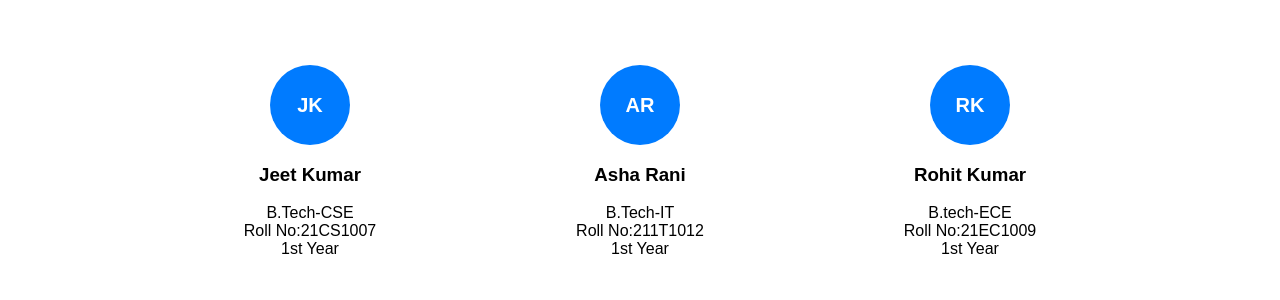
Repository: Glory998/ELCE1-32
Page: experiment8.html
These files come from the project's save history. The page is drawn as it stood at one moment and after the next save; the edit follows.
The browser window is 1280 px wide. The pictures show the whole page.

Above is the page before, as saved 2025-12-06 11:12:36.

After the next save:
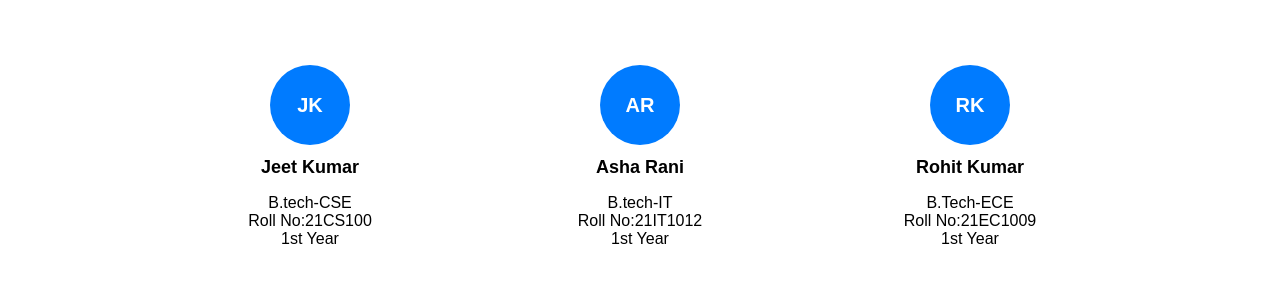
Saved 7 min 22 s later.
--- a/experiment8.html
+++ b/experiment8.html
@@ -46,21 +46,19 @@
                 <div class="container">
                 <div class="card">
                     <div class="circle">JK</div>
-                    <h3>Jeet Kumar</h3>
-                    <p>B.Tech-CSE<br>Roll No:21CS1007<br>1st Year</p>
-                </div>
-                <div class="card">
+                    <div class="name">Jeet Kumar</div>
+                    <p>B.tech-CSE<br>Roll No:21CS100<br>1st Year</p>
+                    </div>
+                     <div class="card">
                     <div class="circle">AR</div>
-                    <h3>Asha Rani</h3>
-                    <p>B.Tech-IT<br>Roll No:211T1012<br>1st Year</p>
-                </div>
-                <div class="card">
-                    <div class="circle">RK</div>
-                    <h3>Rohit Kumar</h3>
-                    <p>B.tech-ECE<br>Roll No:21EC1009<br>1st Year</p>
-
-
-                 </div>
-                 </div>
-                </body>
-                </html>
+                   <div class="name">Asha Rani</div>
+                    <p>B.tech-IT<br>Roll No:21IT1012<br>1st Year</p>
+                    </div>
+                    <div class="card">
+                        <div class="circle">RK</div>
+                        <div class="name">Rohit Kumar</div>
+                        <p>B.Tech-ECE<br>Roll No:21EC1009<br>1st Year</p>
+                    </div>
+                    </div>
+                    </body>
+                    </html>
